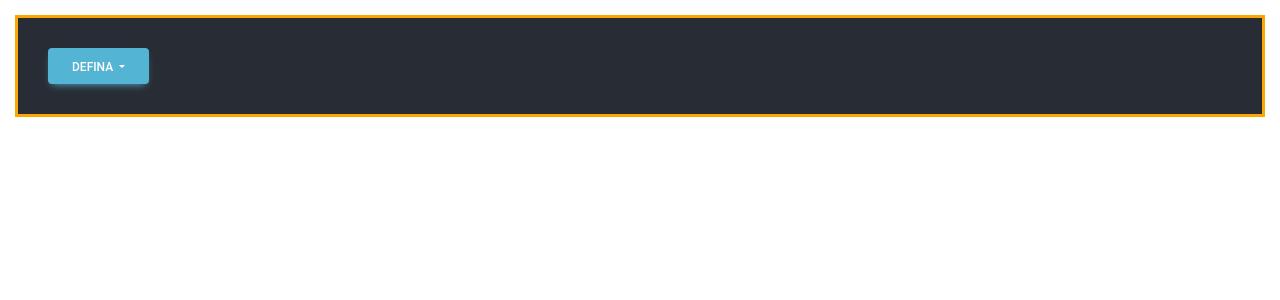
Repository: MarcusVTAlmeida/digital
Page: /
The author's editor kept a copy of each file at every save. The page is drawn from the files as they stood at one save, then again after the next save.
The browser window is 1280 px wide. The pictures show the whole page.
The project was rebuilt for these pictures with package versions that can differ from the ones it lists, and the page was loaded fresh each time. Also part of the build but not shown: src/notas/Retorno.js.

Above is the page before, as saved 2024-04-18 21:36:42.

After the next save:
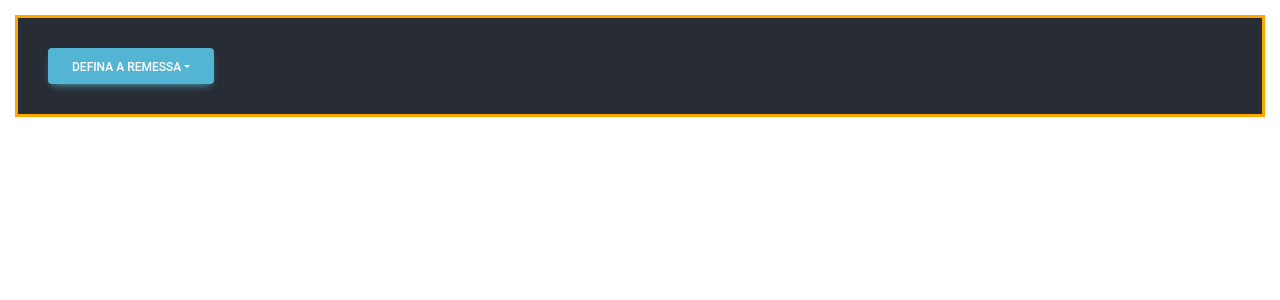
Saved 4 s later.
--- a/src/App.js
+++ b/src/App.js
@@ -111,7 +111,7 @@ CPNJ DESTINO: ${this.state.cnpjd} - ${this.state.ndestino}, Endereço: ${this.st
 
 
 <MDBDropdown>
-      <MDBDropdownToggle caret color="info">Defina </MDBDropdownToggle>
+      <MDBDropdownToggle caret color="info">Defina a remessa</MDBDropdownToggle>
       <MDBDropdownMenu basic>
         <MDBDropdownItem link onClick={() => this.setState({ showingretorno: !showingretorno })}>retorno</MDBDropdownItem>
         <MDBDropdownItem link onClick={() => this.setState({ showinglocacao: !showinglocacao })}>locaçao</MDBDropdownItem>
